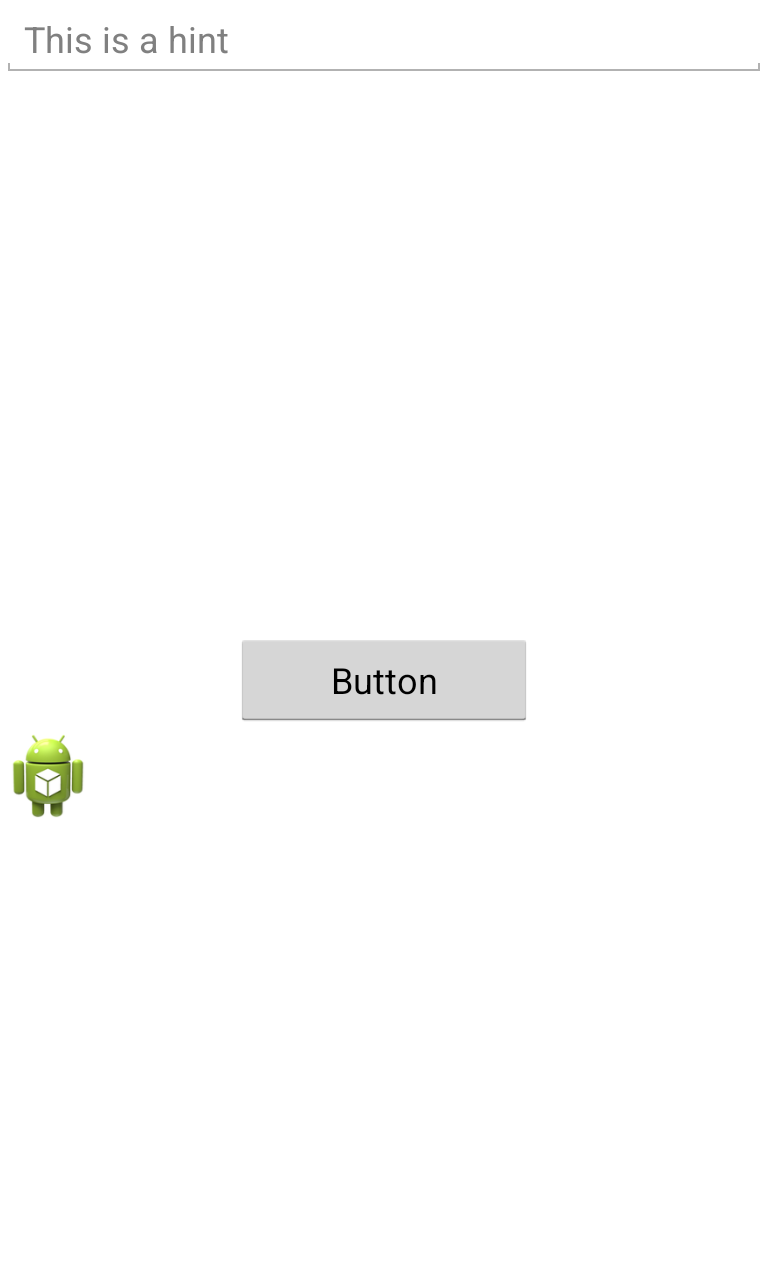
Repository: Ollyder/eclipse_work
Layout: UIWidgetTest/res/layout/activity_main.xml
The author's editor kept a copy of each file at every save. The layout is drawn from the files as they stood at one save, then again after the next save.
It is drawn on a 768 x 1280 px phone screen (xhdpi) without system bars, with theme AppTheme; the app's code is not run.

Above is the layout before, as saved 2017-05-27 02:24:37.

After the next save:
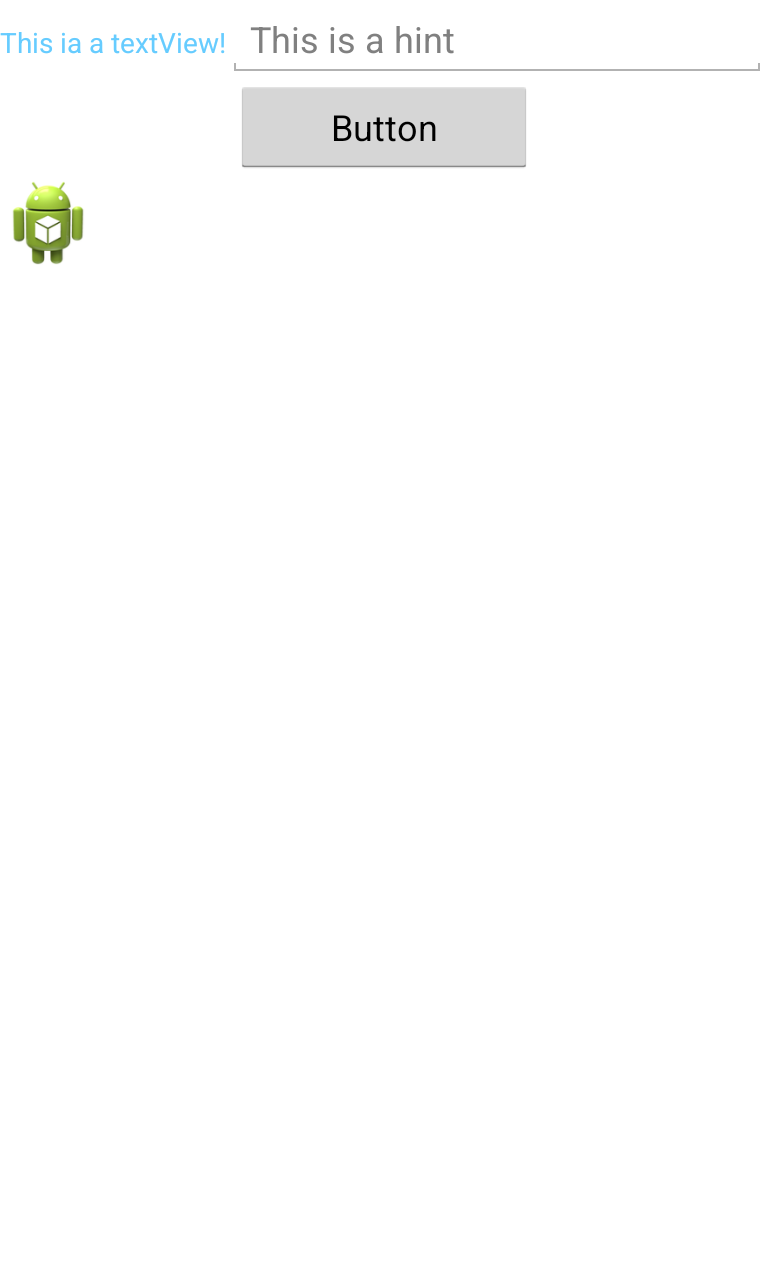
Saved 12 s later.
--- a/UIWidgetTest/res/layout/activity_main.xml
+++ b/UIWidgetTest/res/layout/activity_main.xml
@@ -11,7 +11,7 @@
 
         <TextView
         android:id="@+id/text_view"
-        android:layout_width="wrap_parent"
+        android:layout_width="wrap_content"
         android:layout_height="wrap_content"
         android:text="This ia a textView!"
         android:gravity="center"
